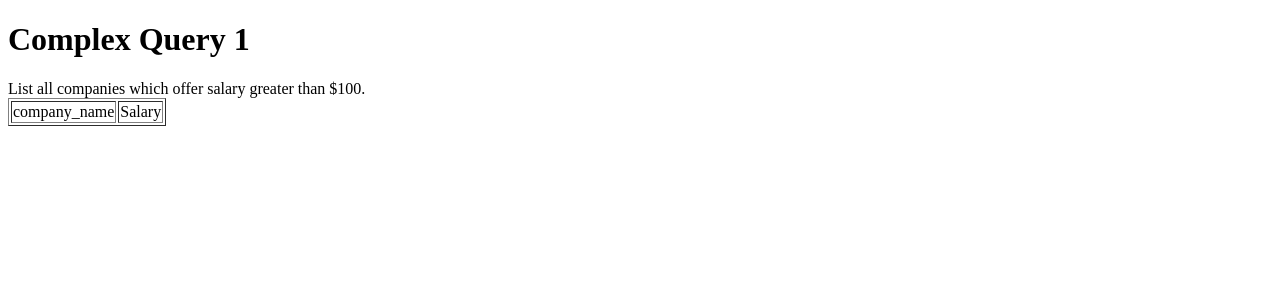
Repository: tanmaysarin/csjobdatabase
Page: http://localhost/CS480Demo/jsps/Queries/CQuery1.jsp
These files come from the project's save history. The page is drawn as it stood at one moment and after the next save; the edit follows.
The browser window is 1280 px wide. The pictures show the whole page.
The page is served by Tomcat 9. Queries for data that is not in the repository find no rows.

Above is the page before, as saved 2020-08-02 01:47:16.

After the next save:
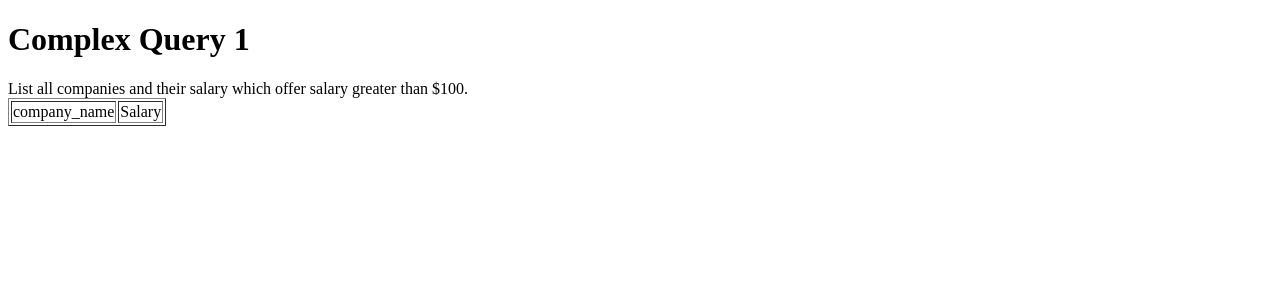
Saved 5 min 29 s later.
--- a/CS480Demo/WebContent/jsps/Queries/CQuery1.jsp
+++ b/CS480Demo/WebContent/jsps/Queries/CQuery1.jsp
@@ -35,7 +35,7 @@ ResultSet resultSet = null;
 <body>
 	<h1>Complex Query 1</h1>
 
-	List all companies which offer salary greater than $100.
+	List all companies and their salary which offer salary greater than $100.
 
 
 <table border="1">
